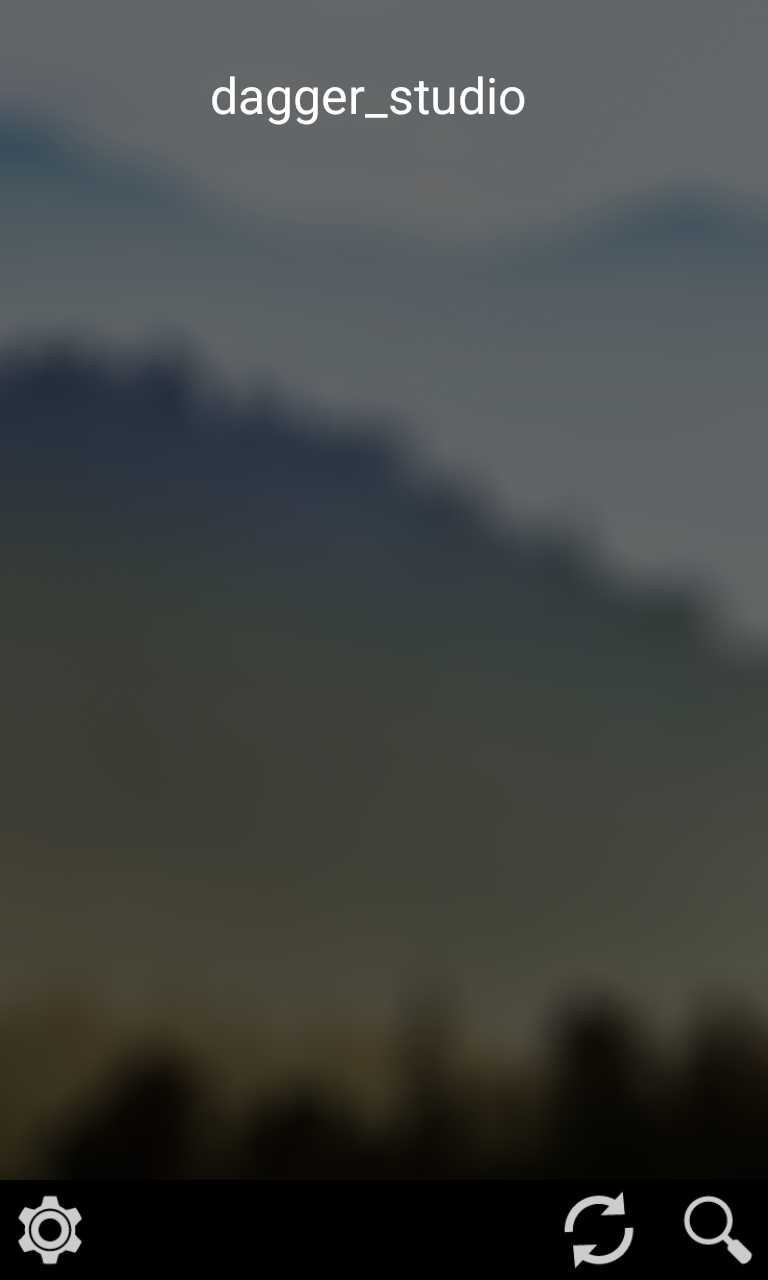
Repository: zhaoguoquan94/Purified
Layout: Android/Purified/res/layout/activity_main_drawer.xml
An editor plug-in stored every save of this project. The layout is shown before and after the next save, followed by the edit.
It is drawn on a 768 x 1280 px phone screen (xhdpi) without system bars, with theme android:Theme; the app's code is not run. Lists and similar views that code fills are empty.

Above is the layout before, as saved 2014-07-03 08:55:42.

After the next save:
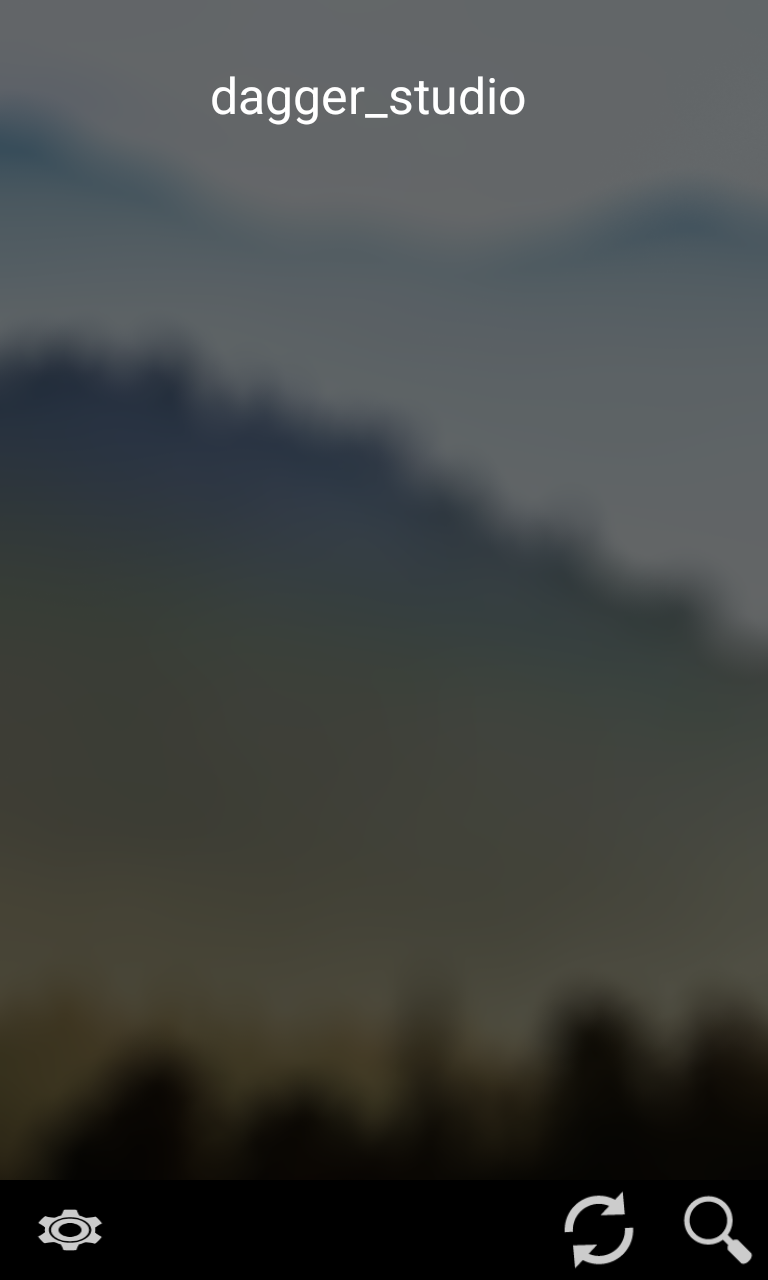
Saved 111 s later.
--- a/Android/Purified/res/layout/activity_main_drawer.xml
+++ b/Android/Purified/res/layout/activity_main_drawer.xml
@@ -52,7 +52,9 @@
             android:layout_width="50dp"
             android:layout_height="50dp"
             android:layout_gravity="left"
-            android:background="@drawable/ic_action_settings" />
+            android:background="@drawable/ic_action_settings"
+            android:layout_margin="10dp"
+            />
 
         <Button
             android:id="@+id/refreshButton_drawer"
